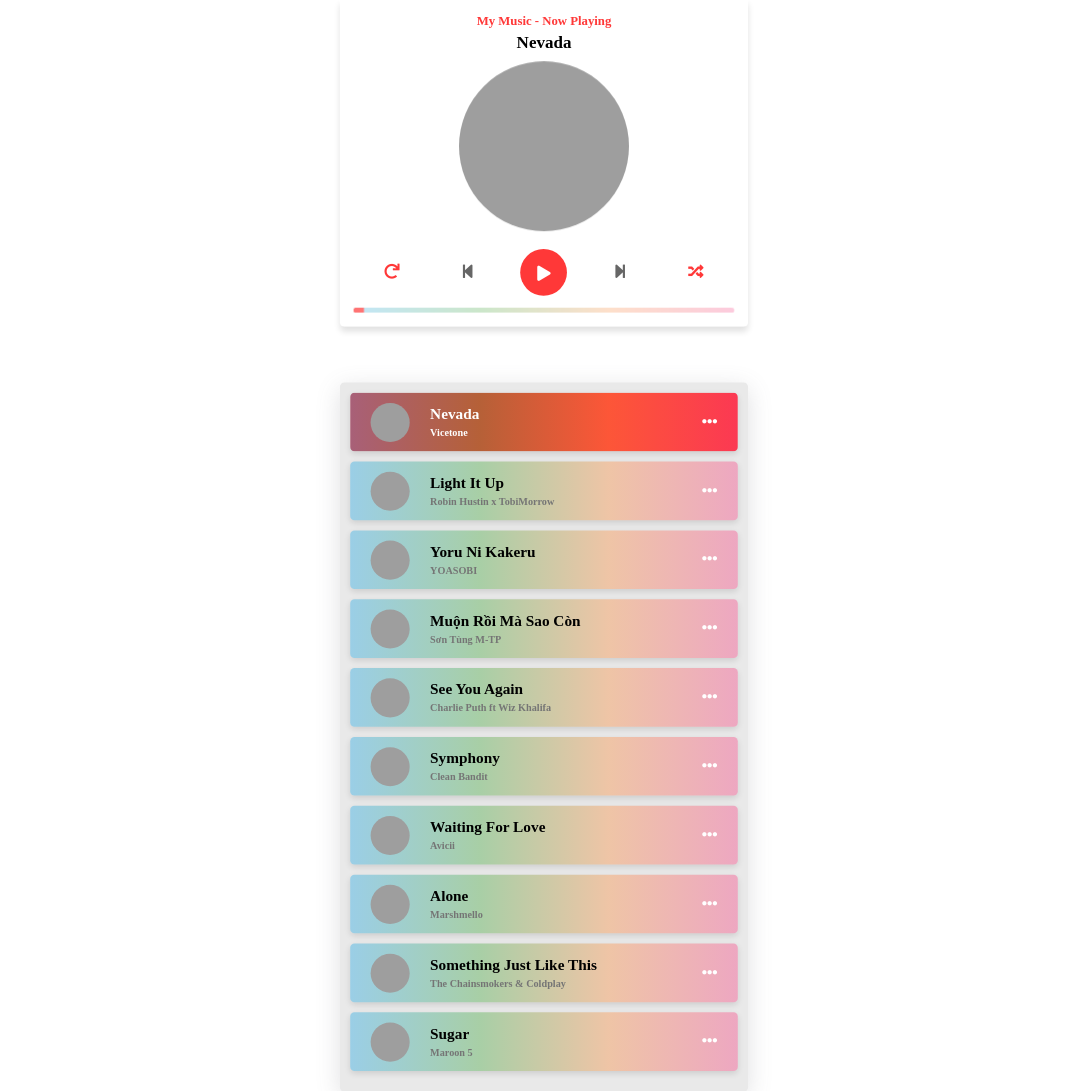
Repository: NguyenMinhChau/music-player1
Page: index.html
These files come from the project's save history. The page is drawn as it stood at one moment and after the next save; the edit follows.
The browser window is 1280 px wide. The pictures show the whole page, at 85% of full size.
Pictures or frames that could not be fetched are drawn as grey boxes.

Above is the page before, as saved 2021-08-28 20:10:30.

After the next save:
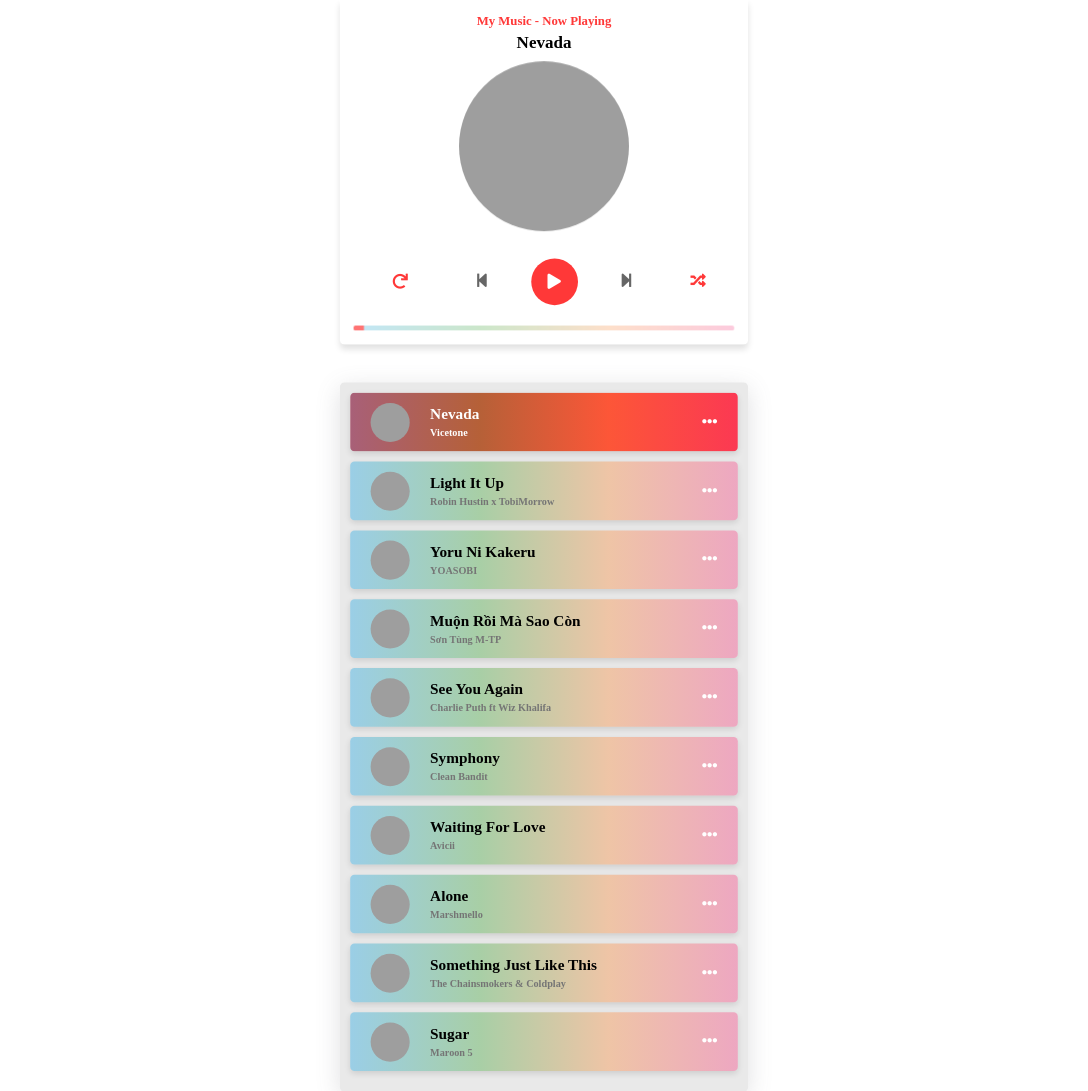
Saved 17 s later.
--- a/index.html
+++ b/index.html
@@ -24,7 +24,7 @@
             </div>
             <div class="control">
                 <div class="btn btn-repeat">
-                    <i class="fas fa-redo"></i>
+                    <i class="repeat-icon fas fa-redo"></i>
                 </div>
                 <div class="btn btn-prev">
                     <i class="fas fa-step-backward"></i>
